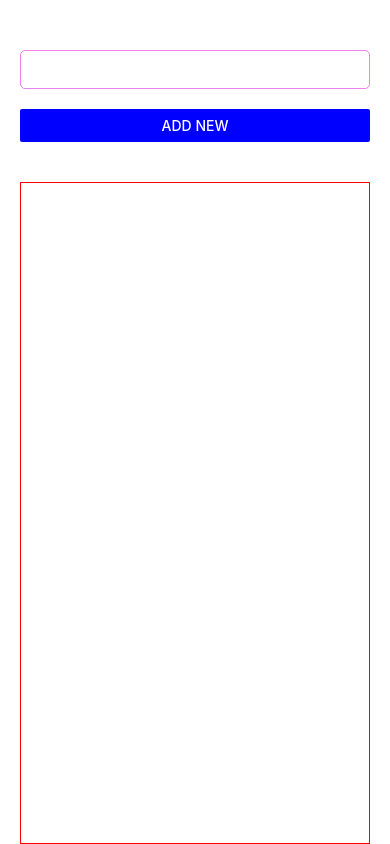
Repository: LuongPTCE181311/React-Native-Ultimate
Screen: /
The author's editor kept a copy of each file at every save. The screen is drawn from the files as they stood at one save, then again after the next save.
The app was drawn by React Native's web renderer in a window 390 px wide. The project was rebuilt for these pictures with package versions that can differ from the ones it lists, and the page was loaded fresh each time. Some packages were replaced by stand-ins written for this rebuild.

Above is the screen before, as saved 2026-06-16 15:26:05.

After the next save:
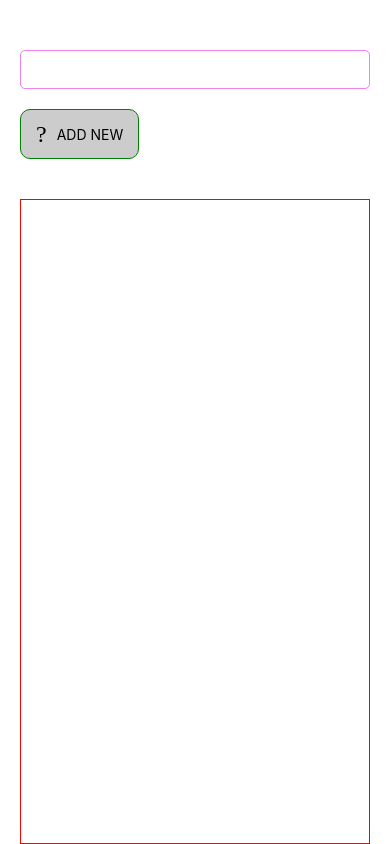
Saved 4 s later.
--- a/components/todo/input.todo.tsx
+++ b/components/todo/input.todo.tsx
@@ -51,10 +51,7 @@ const InputTodo = (props: IProps) => {
                     value={name}
                     style={styles.todoInput}/>
 
-                <Button title='Add new'
-                color={"blue"}
-                onPress={handleAddNewTodo}
-                />
+                <MineButton title="add new" onPress={handleAddNewTodo}/>
             </View>
 
         </>
